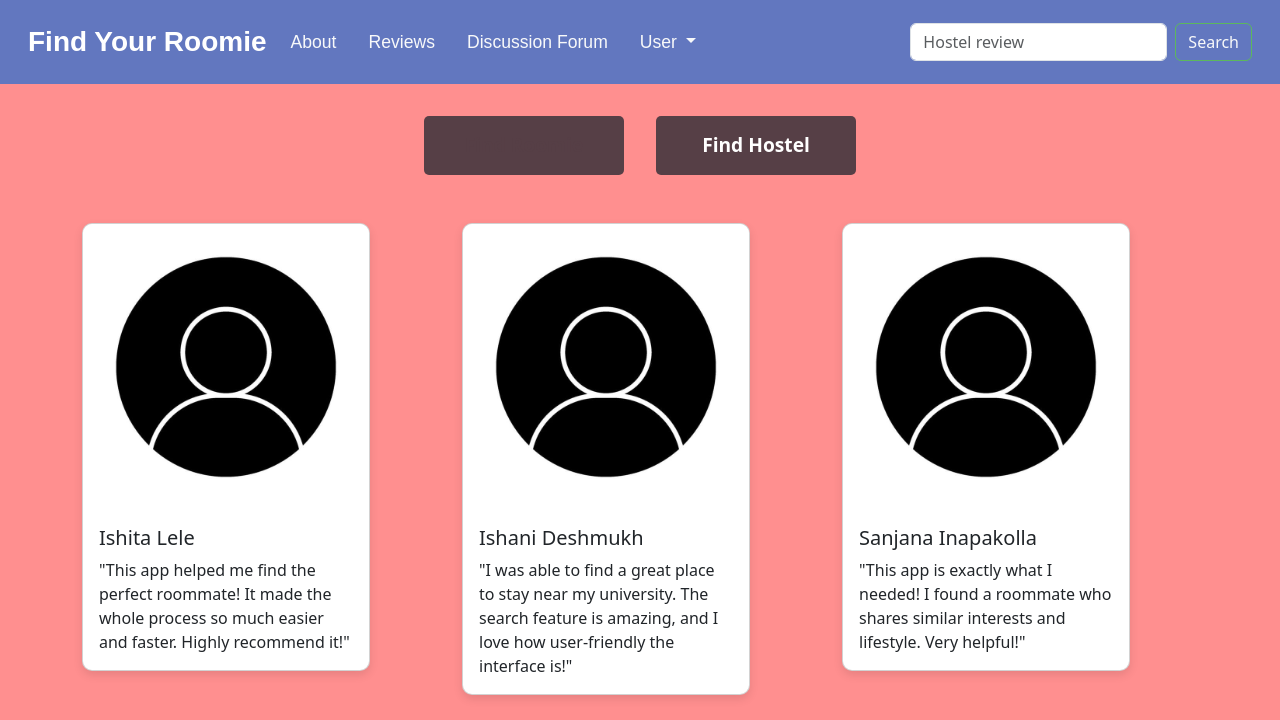
Repository: Sanjana-Inapakolla/Find-your-Roomie-website
Page: mini-project(jfst)/MiniProject/src/main/webapp/home.html
These files come from the project's save history. The page is drawn as it stood at one moment and after the next save; the edit follows.
The browser window is 1280 px wide. The pictures show the whole page.

Above is the page before, as saved 2024-11-13 09:06:47.

After the next save:
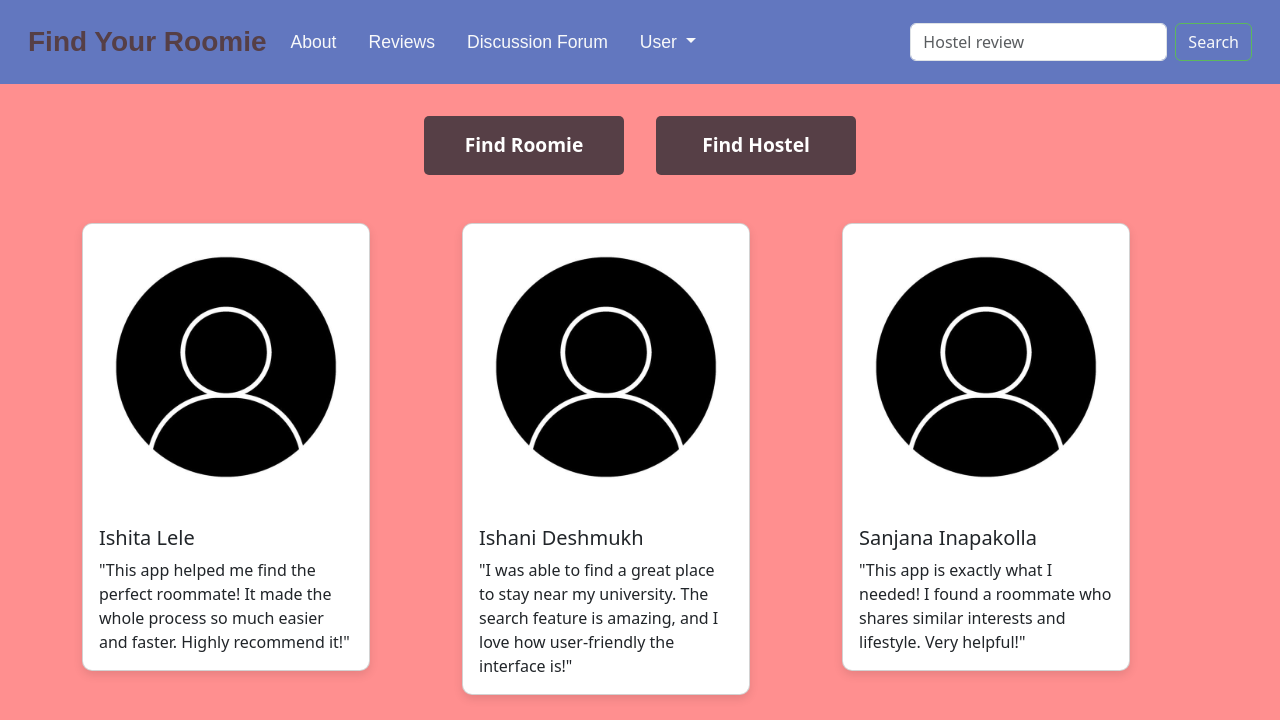
Saved 29 s later.
--- a/mini-project(jfst)/MiniProject/src/main/webapp/home.html
+++ b/mini-project(jfst)/MiniProject/src/main/webapp/home.html
@@ -17,7 +17,7 @@
       font-size: 1.75rem;
       font-weight: bold;
       font-family: 'Arial', sans-serif;
-      color:  #ffffff;
+      color:  #563f46;;
     }
 
     /* Navbar Links (Home, Reviews, Discussion Forum) */
@@ -81,7 +81,7 @@
 
     .find-roomie {
       background-color: #563f46;
-      color: #563f46;;
+      color: white;
       border: none;
     }
 
